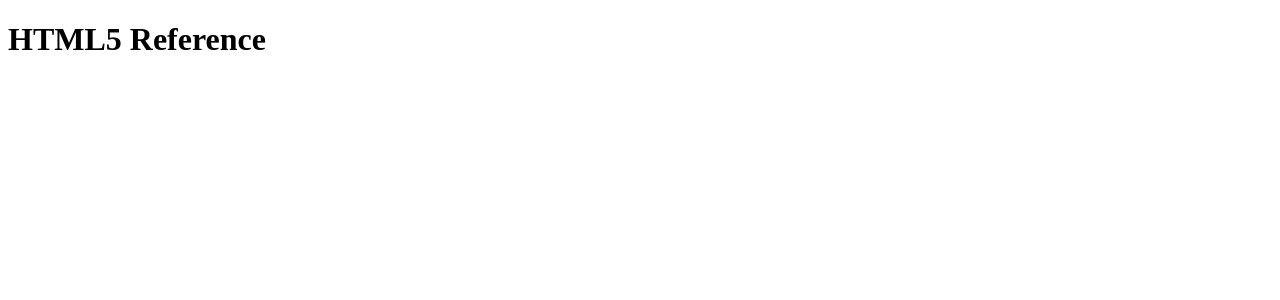
Repository: zzzzzzin/Client
Page: ClientTest/src/main/webapp/문제/Q05.html
An editor plug-in stored every save of this project. The page is shown before and after the next save, followed by the edit.
The browser window is 1280 px wide. The pictures show the whole page.

Above is the page before, as saved 2024-03-13 02:32:32.

After the next save:
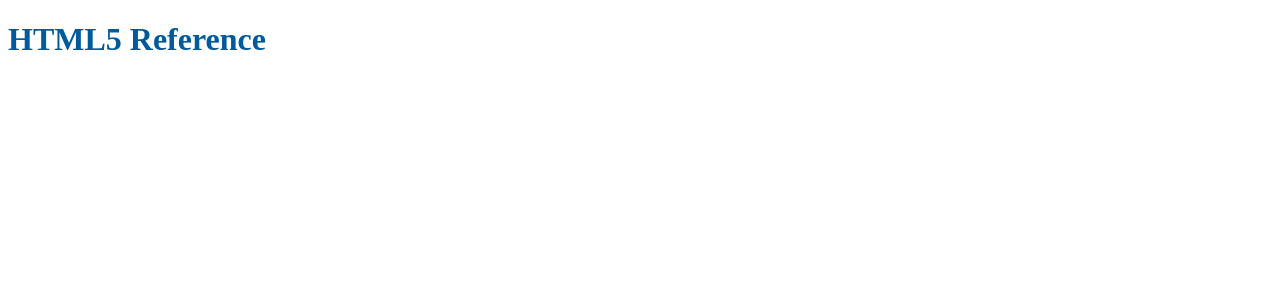
Saved 72 s later.
--- a/ClientTest/src/main/webapp/문제/Q05.html
+++ b/ClientTest/src/main/webapp/문제/Q05.html
@@ -5,7 +5,7 @@
 <title>Insert title here</title>
 </head>
 <body>
-	<h1 color="005A9C">HTML5 Reference
+	<h1><font color="#005A9C">HTML5 Reference</font>
 	</h1>
 
 
